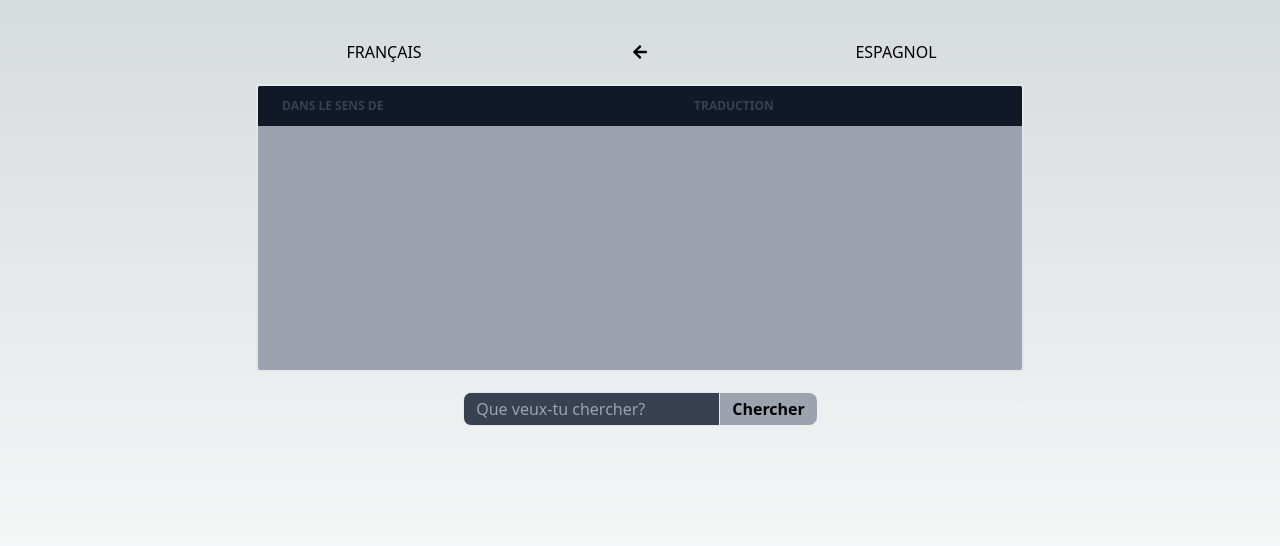
Repository: All-Khwarizmi/Dico
Page: /
These files come from the project's save history. The page is drawn as it stood at one moment and after the next save; the edit follows.
The browser window is 1280 px wide. The pictures show the whole page.
An inner scrolling area shows only its first screen. The project was rebuilt for these pictures with package versions that can differ from the ones it lists, and the page was loaded fresh each time. The framework's server and built-in components were replaced by stand-ins that run in the browser. Also part of the build but not shown: next.config.js, vite.config.ts.

Above is the page before, as saved 2023-02-17 18:05:57.

### src/app/page.tsx
'use client';
import Image from 'next/image';
import { Inter } from '@next/font/google';
import { FaArrowLeft } from 'react-icons/fa';
import { BsArrowRight } from 'react-icons/bs';
import { FaArrowRight } from 'react-icons/fa';
import EspModal from '@/components/EspModal';
import DicoModal from '@/components/DicoModal';

const inter = Inter({ subsets: ['latin'] });
import parse from 'html-react-parser';
import { useState } from 'react';
import Link from 'next/link';

type Trad = {
  source: string;
  target: string;
};
type Translations = Array<Trad>;
interface TranslationsFetch {
  translations: Array<Trad>;
}
export default function Home() {
  const [word, setWord] = useState<string>('');
  const [isFr, setIsFR] = useState<Boolean>(false);
  const [translations, setTranslations] = useState<Translations>([]);

  const submitWord = (e: React.FormEvent<HTMLFormElement>) => {
    e.preventDefault();
    let check = word.split(' ').length;
    console.log('Submitting', check);
    if (check > 1) {
      return window.alert('1 mot à la fois');
    }
    if (isFr) return fetchDico(word).catch((err) => console.log(err));
     fetchDicoEsp(word).catch((err) => console.log(err));
  };

  const inputWord = (e: React.ChangeEvent<HTMLInputElement>) => {
    return setWord(e.target.value);
  };

  const fetchDico = async (word: string): Promise<void> => {
    console.log('Fetching..');
     const url = 'https://dico-ochre.vercel.app/api/dico';
    const options: RequestInit = {
      method: 'POST',
      headers: {
        'Content-Type': 'text/plain;charset=UTF-8',
      },
      body: JSON.stringify(word),
    };
    const res = await fetch(url, options);
    // eslint-disable-next-line @typescript-eslint/no-unsafe-assignment
    const data = await res.json();
    console.log('Data: ', data);
    // eslint-disable-next-line @typescript-eslint/no-unsafe-assignment
    const { translations }: TranslationsFetch = data;
    setTranslations(translations);
    setWord('');
  };
  const fetchDicoEsp = async (word: string): Promise<void> => {
    console.log('Fetching..');
    const url = 'https://dico-ochre.vercel.app/api/esp';
    const options: RequestInit = {
      method: 'POST',
      headers: {
        'Content-Type': 'text/plain;charset=UTF-8',
      },
      body: JSON.stringify(word),
    };
    const res = await fetch(url, options);
    // eslint-disable-next-line @typescript-eslint/no-unsafe-assignment
    const data = await res.json();
    console.log('Data: ', data);
    // eslint-disable-next-line @typescript-eslint/no-unsafe-assignment
    const { translations }: TranslationsFetch = data;
    setTranslations(translations);
    setWord('');
  };
  return (
    <main className='h-screen w-screen'>
      <div className='grid place-items-center pt-5 '>
        {isFr ? (
          <div className='grid w-[60%] grid-cols-3  place-items-center  '>
            <button onClick={() => setIsFR(!isFr)}>
              <h1 className='py-5 text-center uppercase text-1xl'>Français</h1>
            </button>
            <button onClick={() => setIsFR(!isFr)}>
              <FaArrowRight />
            </button>
            <button onClick={() => setIsFR(!isFr)}>
              <h1 className='py-5 text-center uppercase text-1xl'>Espagnol</h1>
            </button>
          </div>
        ) : (
          <div className='grid w-[60%] grid-cols-3  place-items-center  '>
            <button onClick={() => setIsFR(!isFr)}>
              <h1 className='py-5 text-center uppercase text-1xl'>Français</h1>
            </button>
            <button onClick={() => setIsFR(!isFr)}>
              <FaArrowLeft />
            </button>
            <button onClick={() => setIsFR(!isFr)}>
              <h1 className='py-5 text-center uppercase text-1xl'>Espagnol</h1>
            </button>
          </div>
        )}
      </div>
      <div className='flex h-[100%] flex-col items-center gap-5'>
        <div className='border-black-500 h-[40%] max-h-[40%] w-[60%] overflow-scroll rounded border-2 border-solid bg-gray-400'>
          <div className='text-black '>
            <div className=''>
              <table className='  relative w-full text-left text-sm text-gray-500 dark:text-gray-400'>
                <thead className='  sticky top-0 bg-gray-900 text-xs uppercase text-gray-700 '>
                  <tr>
                    <th scope='col' className='px-6 dark:text-white py-3 '>
                      Dans le sens de
                    </th>
                    <th scope='col' className='px-6 dark:text-white py-3 '>
                      Traduction
                    </th>
                  </tr>
                </thead>
                <tbody className='bg-gray-800'>
                  {translations?.map((trad: Trad, index) => {
                    return (
                      <tr
                        className='border-b bg-white dark:border-gray-700 dark:bg-gray-800'
                        key={index}
                      >
                        <td className='px-6 py-4'> {parse(trad?.source)}</td>
                        <th
                          scope='row'
                          className='whitespace-nowrap px-6 py-4 font-medium text-gray-900 dark:text-white'
                        >
                          {parse(trad?.target)}
                        </th>
                      </tr>
                    );
                  })}
                </tbody>
              </table>
            </div>
          </div>
        </div>
        <form className='text-black' onSubmit={(e) => submitWord(e)}>
          <input
            onChange={(event) => inputWord(event)}
            value={word}
            placeholder='Que veux-tu chercher?'
            className='rounded-lg border dark:text-white border-1 bg-gray-700 rounded-r-none px-3 py-1'
            type='text'
            name='word'
            id='word'
          />
          <button
            className='rounded-lg rounded-l-none bg-gray-400 dark:text-white font-bold dark:bg-purple-900 px-3 py-1 dark:py-1.5'
            type='submit'
          >
            Chercher
          </button>
        </form>
      </div>
    </main>
  );
}

Loaded but not shown: src/app/layout.tsx (common file); src/app/globals.css (common file); tailwind.config.js (common file)

After the next save:
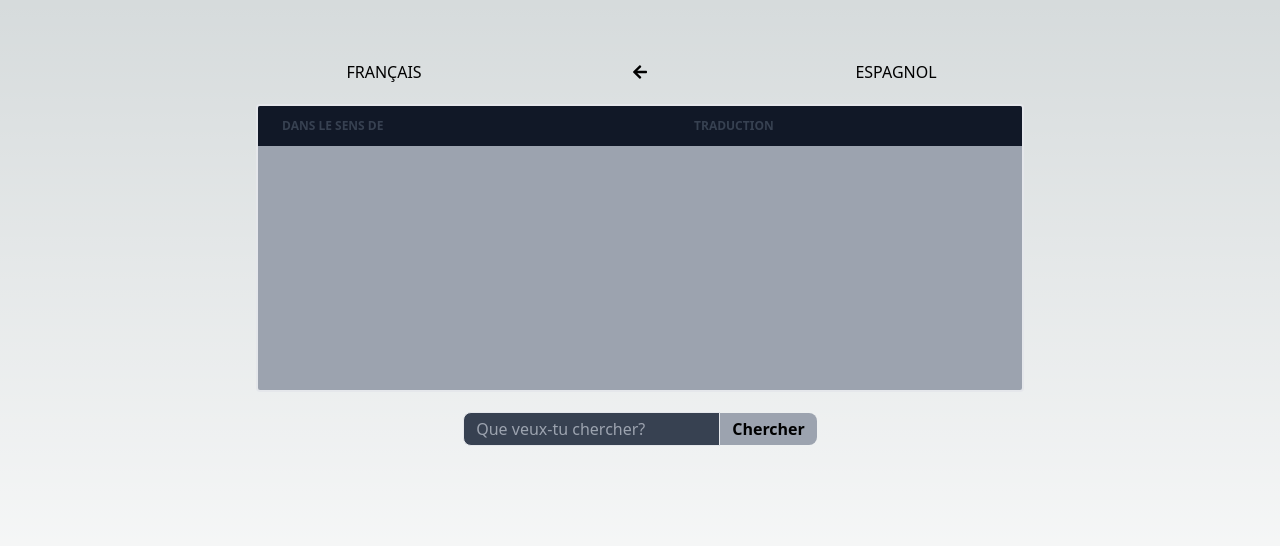
Saved 7 s later.
--- a/src/app/page.tsx
+++ b/src/app/page.tsx
@@ -80,7 +80,7 @@
   };
   return (
     <main className='h-screen w-screen'>
-      <div className='grid place-items-center pt-5 '>
+      <div className='grid place-items-center pt-10 '>
         {isFr ? (
           <div className='grid w-[60%] grid-cols-3  place-items-center  '>
             <button onClick={() => setIsFR(!isFr)}>

After the save that followed:
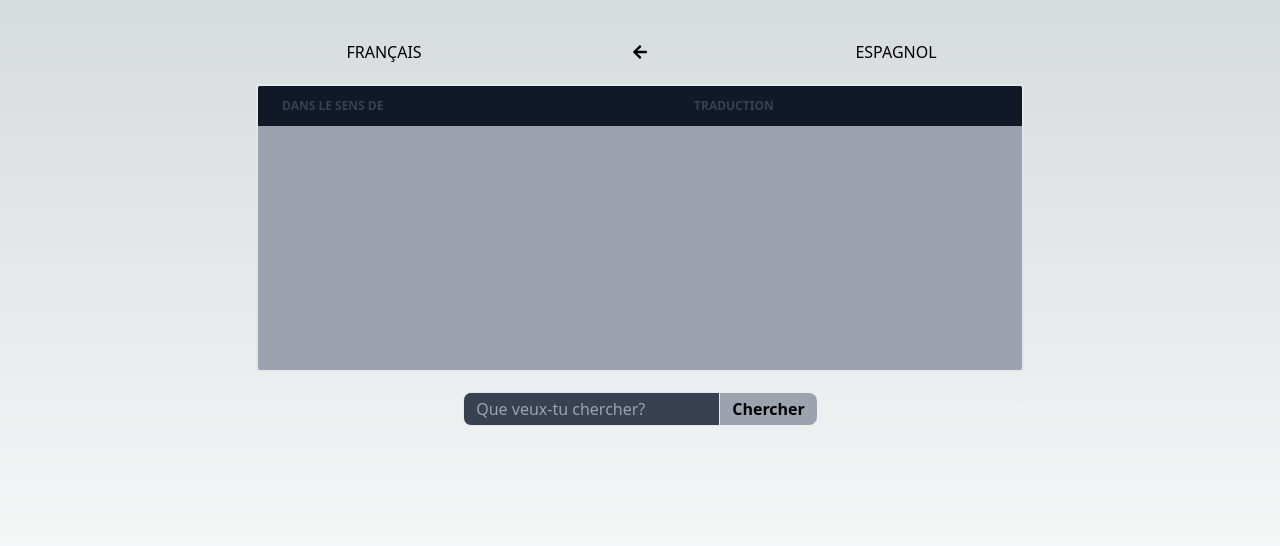
Saved 9 s later.
--- a/src/app/page.tsx
+++ b/src/app/page.tsx
@@ -80,7 +80,7 @@
   };
   return (
     <main className='h-screen w-screen'>
-      <div className='grid place-items-center pt-10 '>
+      <div className='grid place-items-center pt-5 '>
         {isFr ? (
           <div className='grid w-[60%] grid-cols-3  place-items-center  '>
             <button onClick={() => setIsFR(!isFr)}>
